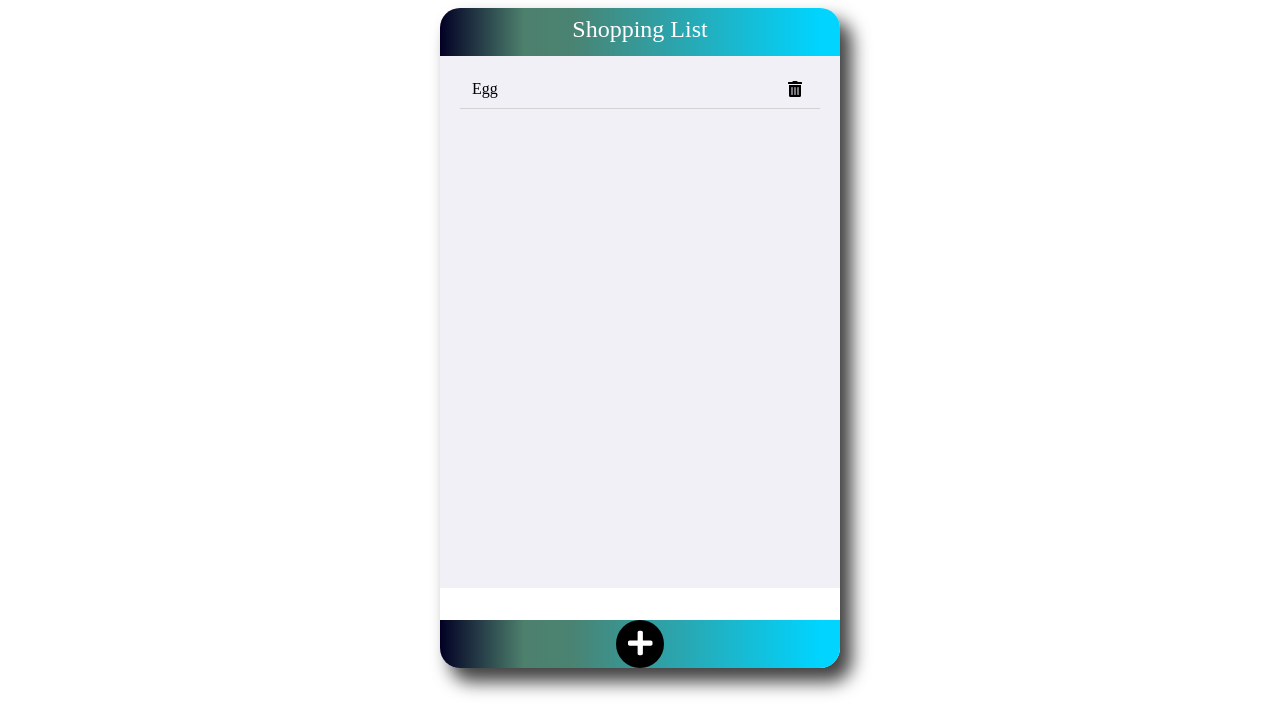
Repository: woojinShim/Browser-Study
Page: shopping/index.html
The author's editor kept a copy of each file at every save. The page is drawn from the files as they stood at one save, then again after the next save.
The browser window is 1280 px wide. The pictures show the whole page.

Above is the page before, as saved 2022-02-06 22:01:04.

### shopping/index.html
<!DOCTYPE html>
<html lang="en">
<head>
    <meta charset="UTF-8">
    <meta http-equiv="X-UA-Compatible" content="IE=edge">
    <meta name="viewport" content="width=device-width, initial-scale=1.0">
    <title>Document</title>
    <script src="main.js" defer></script>
    <link rel="stylesheet" href="style.css">
    <script src="https://use.fontawesome.com/releases/v5.15.4/js/all.js" data-auto-replace-svg="nest"></script>
</head>
<body>
    <section class="list">
        <header class="header">Shopping List</header>
        <ul class="items">
            <li class="item__row">
                <div class="item">
                    <span class="item__name">Egg</span>
                    <button class="item__delete"><i class="fas fa-trash-alt"></i></button>
                </div>
                <div class="item__divider"></div>
            </li>

        </ul>
        <footer class="footer">
            <input type="text" class="footer__input">
            <button class="footer__button"><i class="fas fa-plus"></i></button>
        </footer>
    </section>
</body>
</html>

### shopping/main.js
const items = document.querySelector('.items');
const input = document.querySelector('.footer__input');
const addBtn = document.querySelector('.footer__button');

function onAdd() {
    // 1. 사용자가 입력한 텍스트를 받아옴.
    const text = input.value;
    console.log(text);
    // 2. 새로운 아이템을 만듬 (텍스트 + 삭제 버튼)
    const item = createItem();
    // 3. items 컨테이너 안에 새로 만든 아이템을 추가한다.
    items.appendChild(item);
    // 4. 인풋을 초기화 한다.
    input.value = '';
    input.focus();
}

function createItem(text) {
    const itemRow = document.createElement('li');
    itemRow.setAttribute('class', 'item__row');

    const item = document.createElement('div');
    item.setAttribute('class', 'item');

    const name = document.createElement('span');
    name.setAttribute('class', 'item__name');
    name.innerText = text;

    const deleteBtn = document.createElement('button');
    deleteBtn.setAttribute('class', 'item__divider');
    deleteBtn.innerHTML = '<i class="fas fa-trash-alt"></i>'
    deleteBtn.addEventListener('click', () => {
        items.removeChild(itemRow);
    })

    const itemDivider = document.createElement('div');
    itemDivider.setAttribute('class', 'item__divider');

    item.appendChild(name);
    item.appendChild(deleteBtn);

    itemRow.appendChild(item);
    itemRow.appendChild(itemDivider);
    return itemRow;
}
addBtn.addEventListener('click', () => {
    onAdd();
})

### shopping/style.css
* {
  box-sizing: border-box;
}

ul {
  padding: 0;
}

button {
  outline: none;
  background: transparent;
  border: none;
  cursor: pointer;
}

body {
  background-color: ced3df;
  text-align: center;
}

.list {
  width: 400px;
  margin: auto;
  background-color: #f1f0f7;
  border-radius: 20px;
  -webkit-box-shadow: 11px 13px 18px 1px rgba(0, 0, 0, 0.75);
  -moz-box-shadow: 11px 13px 18px 1px rgba(0, 0, 0, 0.75);
  box-shadow: 11px 13px 18px 1px rgba(0, 0, 0, 0.75);
}

.header {
  height: 48px;
  padding: 8px;
  font-size: 24px;
  background: rgb(2, 0, 36);
  background: linear-gradient(
    90deg,
    rgba(2, 0, 36, 1) 0%,
    rgba(77, 128, 109, 1) 21%,
    rgba(74, 131, 114, 1) 33%,
    rgba(0, 212, 255, 1) 95%
  );
  border-radius: 20px 20px 0 0;
  color: white;
}

.items {
  height: 500px;
  overflow-y: auto;
}

.item {
  display: flex;
  justify-content: space-between;
  padding: 8px 32px;
}

.item__delete {
  font-size: 16px;
  transition: all 300ms ease-in;
}

.item__d::-webkit-progress-inner-element {
  color: red;
  transform: scale(1.1);
}

.item__divider {
  width: 90%;
  height: 1px;
  background-color: lightgray;
  margin: auto;
}

.footer {
  background: rgb(2, 0, 36);
  background: linear-gradient(
    90deg,
    rgba(2, 0, 36, 1) 0%,
    rgba(77, 128, 109, 1) 21%,
    rgba(74, 131, 114, 1) 33%,
    rgba(0, 212, 255, 1) 95%
  );
  border-radius: 0 0 20px 20px;
}

.footer__input {
  width: 100%;
  height: 32px;
  border: none;
  outline: none;
  font-size: 24px;
  padding: 0 16px;
}

.footer__button {
  width: 48px;
  height: 48px;
  font-size: 28px;
  background-color: black;
  border-radius: 50%;
  color: white;
  transition: transform 300ms ease-in;
}

.footer__button:hover {
  transform: scale(1.1);
}

After the next save:
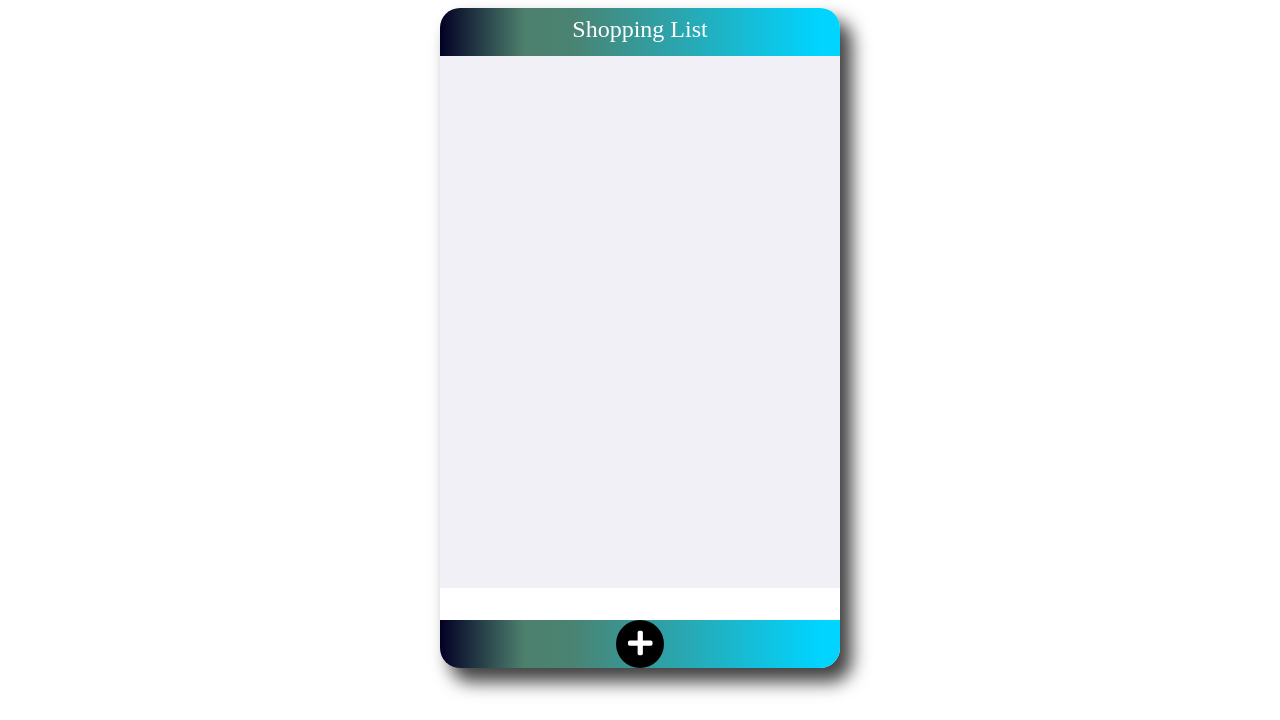
Saved 2 min 8 s later.
--- a/shopping/index.html
+++ b/shopping/index.html
@@ -13,14 +13,6 @@
     <section class="list">
         <header class="header">Shopping List</header>
         <ul class="items">
-            <li class="item__row">
-                <div class="item">
-                    <span class="item__name">Egg</span>
-                    <button class="item__delete"><i class="fas fa-trash-alt"></i></button>
-                </div>
-                <div class="item__divider"></div>
-            </li>
-
         </ul>
         <footer class="footer">
             <input type="text" class="footer__input">

After the 3 saves that followed:
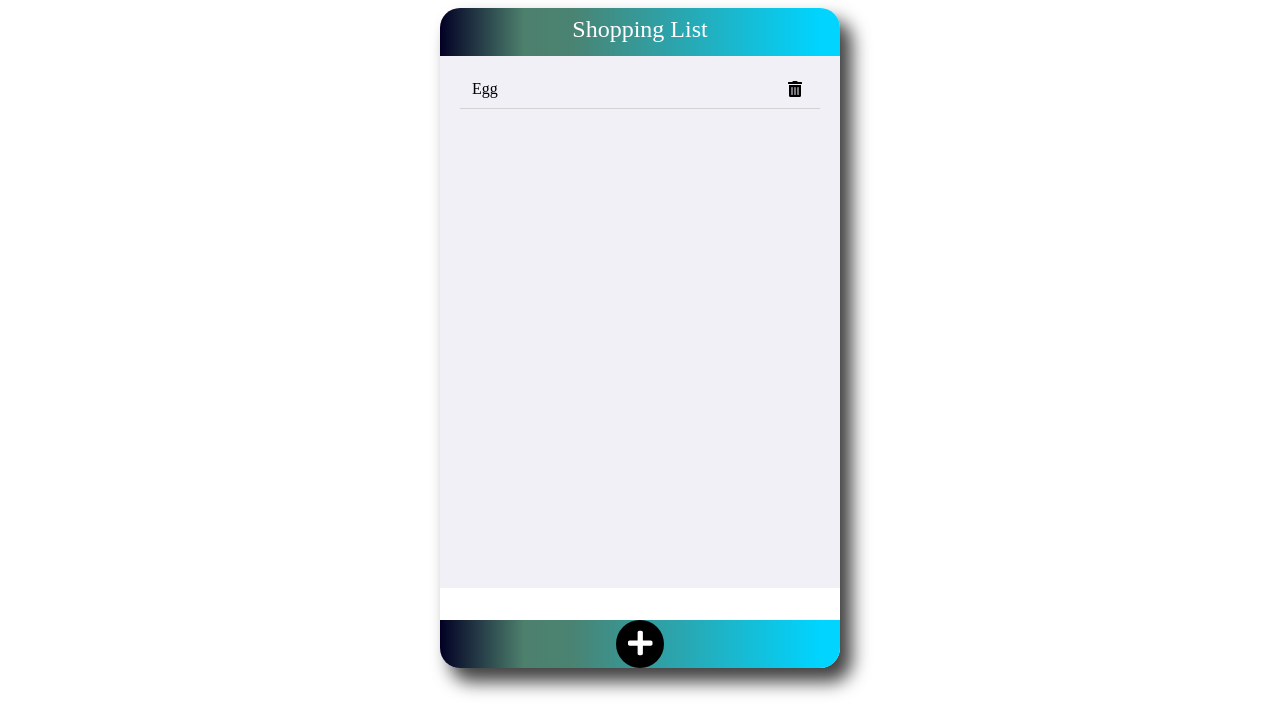
The 3 saves are shown as one change because 2 left the picture as it was.
The last was saved 8 min 23 s later.
--- a/shopping/index.html
+++ b/shopping/index.html
@@ -13,6 +13,14 @@
     <section class="list">
         <header class="header">Shopping List</header>
         <ul class="items">
+            <li class="item__row">
+                <div class="item">
+                    <span class="item__name">Egg</span>
+                    <button class="item__delete"><i class="fas fa-trash-alt"></i></button>
+                </div>
+                <div class="item__divider"></div>
+            </li>
+
         </ul>
         <footer class="footer">
             <input type="text" class="footer__input">
--- a/shopping/main.js
+++ b/shopping/main.js
@@ -6,6 +6,11 @@ function onAdd() {
     // 1. 사용자가 입력한 텍스트를 받아옴.
     const text = input.value;
     console.log(text);
+
+    if(text === '') {
+        input.focus();
+        return;
+    }
     // 2. 새로운 아이템을 만듬 (텍스트 + 삭제 버튼)
     const item = createItem();
     // 3. items 컨테이너 안에 새로 만든 아이템을 추가한다.
@@ -46,3 +51,7 @@ function createItem(text) {
 addBtn.addEventListener('click', () => {
     onAdd();
 })
+
+input.addEventListener('keypress', ()=> {
+    console.log('key');
+})
